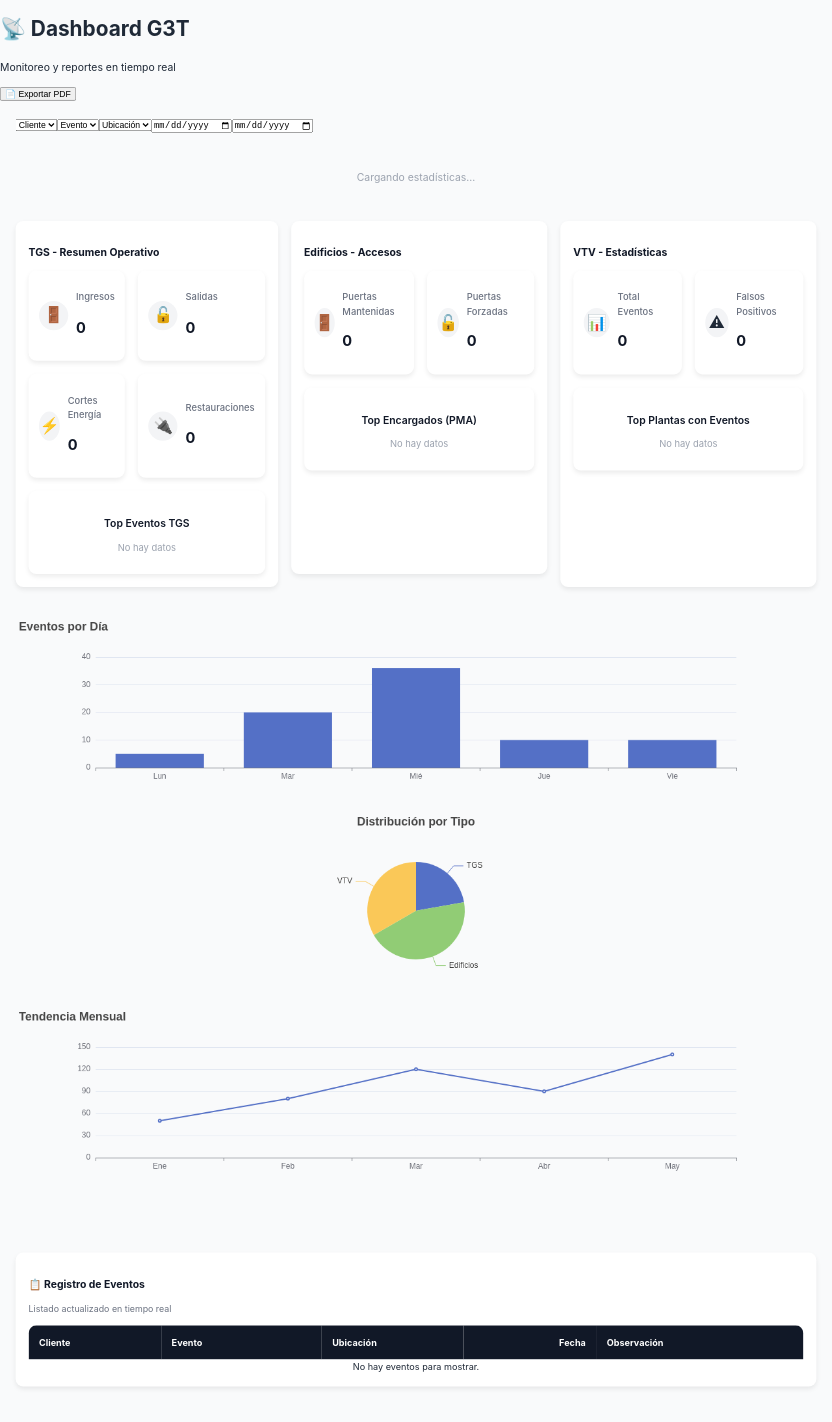
Repository: BBrian11/reportes
Page: /
An editor plug-in stored every save of this project. The page is shown before and after the next save, followed by the edit.
The browser window is 1280 px wide. The pictures show the whole page, at 65% of full size.
The page's requests for data from a server got no answer. The project was rebuilt for these pictures with package versions that can differ from the ones it lists, and the page was loaded fresh each time. No one was signed in, and anything a server would have sent is missing. Also part of the build but not shown: vite.config.js, src/components/Dashboard/ExportPDF.jsx, src/styles/form.css.

Above is the page before, as saved 2025-07-29 17:55:01.

### index.html
<!DOCTYPE html>
<html lang="es">
  <head>
    <meta charset="UTF-8" />
    <meta name="viewport" content="width=device-width, initial-scale=1.0" />
    <title>Dashboard G3T</title>
  </head>
  <body>
    <div id="root"></div>
    <script type="module" src="/src/main.jsx"></script>
  </body>
</html>

### src/main.jsx
import React from "react";
import ReactDOM from "react-dom/client";
import App from "./App.jsx";
import "./styles/dashboard.css";
import "./styles/form.css";

ReactDOM.createRoot(document.getElementById("root")).render(
  <React.StrictMode>
    <App />
  </React.StrictMode>
);

### src/App.jsx
import React from "react";
import Dashboard from "./components/Dashboard/Dashboard.jsx";

export default function App() {
  return <Dashboard />;
}

### src/components/Dashboard/Dashboard.jsx
// src/components/Dashboard/Dashboard.jsx
import React, { useEffect, useState } from "react";
import Header from "./Header.jsx";
import StatsCards from "./StatsCards.jsx";
import Filters from "./Filters.jsx";
import Charts from "./Charts.jsx";
import EventsTable from "./EventsTable.jsx";
import ExportPDF from "./ExportPDF.jsx";

import { collection, onSnapshot } from "firebase/firestore";
import { db } from "../../services/firebase";
import "../../styles/dashboard.css";
import TgsStats from "./TgsStats.jsx";
import EdificioStats from "./EdificioStats.jsx";
import VtvStats from "./VtvStats.jsx";



export default function Dashboard() {
  const [eventos, setEventos] = useState([]);
  const [filtros, setFiltros] = useState({
    cliente: "",
    evento: "",
    ubicacion: "",
    fechaInicio: "",
    fechaFin: "",
  });

  // 🔹 Cargar datos de TODAS las colecciones
  useEffect(() => {
    const collections = [
      { path: "novedades/tgs/eventos", cliente: "TGS", eventoKey: "evento-tgs", ubicacionKey: "locaciones-tgs" },
      { path: "novedades/edificios/eventos", cliente: "Edificios", eventoKey: "evento-edificio" }, // 🔥 Sin ubicacionKey fijo
      { path: "novedades/vtv/eventos", cliente: "VTV", eventoKey: "evento-vtv", ubicacionKey: "planta-vtv" },
      { path: "novedades/barrios/eventos", cliente: "Barrios", eventoKey: "evento-barrios", ubicacionKey: "barrio" },
      { path: "novedades/otros/eventos", cliente: "Otros", eventoKey: "evento-otros", ubicacionKey: "otro" }
    ];


    const unsubscribes = collections.map(({ path, cliente, eventoKey, ubicacionKey }) =>
      onSnapshot(collection(db, path), (snapshot) => {
        const nuevos = snapshot.docs.map((doc) => {
          const d = doc.data();

          let ubicacion = "Sin Ubicación";

          if (cliente === "Edificios") {
            // ✅ Armar la ubicación con Edificio + Unidad
            const edificio = d["edificio"] || "";
            const unidad = d["unidad"] ? ` - ${d["unidad"]}` : "";
            ubicacion = edificio ? edificio + unidad : "Sin Ubicación";
          } else {
            // ✅ Para los demás clientes usamos ubicacionKey
            ubicacion = d[ubicacionKey] || "Sin Ubicación";
          }

          return {
            id: doc.id,
            cliente,
            evento: d[eventoKey] || "Sin Evento",
            ubicacion,
            fecha: d.fechaHoraEnvio
              ? new Date(d.fechaHoraEnvio.seconds * 1000).toLocaleString("es-AR")
              : "Sin Fecha",
            observacion: d[`observaciones-${cliente.toLowerCase()}`] || "Sin Observación",
          };
        });


        setEventos((prev) => {
          const filtradosPrev = prev.filter((e) => e.cliente !== cliente);
          return [...filtradosPrev, ...nuevos];
        });
      })
    );

    return () => unsubscribes.forEach((unsub) => unsub());
  }, []);

  // 🔍 Aplicar filtros
  const eventosFiltrados = eventos.filter((e) => {
    const fecha = new Date(e.fecha);
    const fechaInicio = filtros.fechaInicio ? new Date(filtros.fechaInicio) : null;
    const fechaFin = filtros.fechaFin ? new Date(filtros.fechaFin) : null;

    return (
      (!filtros.cliente || e.cliente === filtros.cliente) &&
      (!filtros.evento || e.evento === filtros.evento) &&
      (!filtros.ubicacion || e.ubicacion === filtros.ubicacion) &&
      (!fechaInicio || fecha >= fechaInicio) &&
      (!fechaFin || fecha <= fechaFin)
    );
  });

  return (
    <div className="dashboard-container">
      <Header />
      <div className="dashboard-content">
        <Filters filtros={filtros} setFiltros={setFiltros} eventos={eventos} />

        {/* ✅ Si NO hay cliente seleccionado → Vista general */}
        {!filtros.cliente && (
          <>
            <StatsCards eventos={eventosFiltrados} />
            <div className="dashboard-grid">
              <TgsStats eventos={eventosFiltrados.filter(e => e.cliente === "TGS")} />
              <EdificioStats eventos={eventosFiltrados.filter(e => e.cliente === "Edificios")} />
              <VtvStats eventos={eventosFiltrados.filter(e => e.cliente === "VTV")} />
            </div>
            <Charts eventos={eventosFiltrados} />
            <EventsTable eventos={eventosFiltrados} />
          </>
        )}

        {/* ✅ Si hay cliente seleccionado → Vista exclusiva */}
        {filtros.cliente && (
          <>
            {filtros.cliente === "TGS" && (
              <TgsStats eventos={eventosFiltrados.filter(e => e.cliente === "TGS")} />
            )}
            {filtros.cliente === "Edificios" && (
              <EdificioStats eventos={eventosFiltrados.filter(e => e.cliente === "Edificios")} />
            )}
            {filtros.cliente === "VTV" && (
              <VtvStats eventos={eventosFiltrados.filter(e => e.cliente === "VTV")} />
            )}

            <Charts eventos={eventosFiltrados} />
            <EventsTable eventos={eventosFiltrados} />
          </>
        )}
      </div>
    </div>
  );



}

### src/components/Dashboard/Header.jsx
import React from 'react';

export default function Header() {
  return (
    <div className="bg-gradient-to-r from-blue-700 to-indigo-800 text-white p-4 rounded-lg shadow-md flex justify-between items-center mb-4">
      <div>
        <h1 className="text-xl font-bold">📡 Dashboard G3T</h1>
        <p className="text-sm">Monitoreo y reportes en tiempo real</p>
      </div>
      <button className="bg-white text-blue-900 px-4 py-2 rounded shadow hover:bg-gray-200 transition">
        📄 Exportar PDF
      </button>
    </div>
  );
}

### src/components/Dashboard/StatsCards.jsx
import React from "react";
import "../../styles/statscards.css";

export default function StatsCards({ eventos }) {
  if (!eventos || eventos.length === 0) {
    return <div className="loading-message">Cargando estadísticas...</div>;
  }

  const eventCount = {};
  const locationCount = {};

  eventos.forEach((e) => {
    eventCount[e.evento] = (eventCount[e.evento] || 0) + 1;
    locationCount[e.ubicacion] = (locationCount[e.ubicacion] || 0) + 1;
  });

  const eventoMasFrecuente = Object.entries(eventCount).sort((a, b) => b[1] - a[1])[0][0];
  const ubicacionMasFrecuente = Object.entries(locationCount).sort((a, b) => b[1] - a[1])[0][0];

  const eventosCriticosLista = ["alarma", "puerta forzada", "coacción", "pánico", "intrusión", "robo"];
  const eventoCritico =
    eventos.find((e) =>
      eventosCriticosLista.some((critico) =>
        e.evento.toLowerCase().includes(critico)
      )
    )?.evento || "Sin Evento Crítico";

  const stats = [
    { icon: "📊", title: "Evento más frecuente", value: eventoMasFrecuente },
    { icon: "📍", title: "Ubicación con más eventos", value: ubicacionMasFrecuente },
    { icon: "⚠", title: "Evento crítico detectado", value: eventoCritico },
  ];

  return (
    <div className="stats-grid">
      {stats.map((stat, index) => (
        <div key={index} className="stats-card">
          <div className="stats-icon">{stat.icon}</div>
          <div>
            <p className="stats-title">{stat.title}</p>
            <h2 className="stats-value">{stat.value}</h2>
          </div>
        </div>
      ))}
    </div>
  );
}

### src/components/Dashboard/Filters.jsx
import React from 'react';

export default function Filters() {
  return (
    <div className="bg-white p-4 rounded-lg shadow mb-4 flex flex-wrap gap-2">
      <select className="border p-2 rounded w-full md:w-auto">
        <option>Cliente</option>
      </select>
      <select className="border p-2 rounded w-full md:w-auto">
        <option>Evento</option>
      </select>
      <select className="border p-2 rounded w-full md:w-auto">
        <option>Ubicación</option>
      </select>
      <input type="date" className="border p-2 rounded w-full md:w-auto" />
      <input type="date" className="border p-2 rounded w-full md:w-auto" />
    </div>
  );
}

### src/components/Dashboard/Charts.jsx
import React from 'react';
import BarChart from './BarChart.jsx';
import PieChart from './PieChart.jsx';
import LineChart from './LineChart.jsx';

export default function Charts() {
  return (
    <div className="grid grid-cols-1 lg:grid-cols-3 gap-4 mb-4">
      <BarChart />
      <PieChart />
      <LineChart />
    </div>
  );
}

### src/components/Dashboard/EdificioStats.jsx
import React from "react";
import "../../styles/edificiostats.css";

export default function EdificioStats({ eventos }) {
  const totalPMA = eventos.filter(e => e.evento.includes("Puerta Mantenida Abierta")).length;
  const totalForzada = eventos.filter(e => e.evento.includes("Puerta Forzada")).length;

  const encargados = {};
  eventos.forEach(e => {
    if (e.evento.includes("Puerta Mantenida Abierta") && e.observacion?.includes("Encargado")) {
      encargados[e.observacion] = (encargados[e.observacion] || 0) + 1;
    }
  });

  const topEncargados = Object.entries(encargados).sort((a, b) => b[1] - a[1]).slice(0, 5);

  return (
    <div className="edificio-card">
      <h3 className="section-title">Edificios - Accesos</h3>

      {/* KPIs */}
      <div className="stats-grid">
        <div className="stats-card">
          <div className="stats-icon">🚪</div>
          <div>
            <p className="stats-title">Puertas Mantenidas</p>
            <h2 className="stats-value">{totalPMA}</h2>
          </div>
        </div>
        <div className="stats-card">
          <div className="stats-icon">🔓</div>
          <div>
            <p className="stats-title">Puertas Forzadas</p>
            <h2 className="stats-value">{totalForzada}</h2>
          </div>
        </div>
      </div>

      {/* Ranking como card */}
      <div className="ranking-card">
        <h4 className="ranking-title">Top Encargados (PMA)</h4>
        {topEncargados.length > 0 ? (
          <ul className="ranking-list">
            {topEncargados.map(([nombre, count], idx) => (
              <li key={idx} className="ranking-item">
                <span className="ranking-name">{nombre}</span>
                <span className="ranking-count">{count}</span>
              </li>
            ))}
          </ul>
        ) : (
          <p className="ranking-empty">No hay datos</p>
        )}
      </div>
    </div>
  );
}

### src/components/Dashboard/VtvStats.jsx
import React from "react";
import "../../styles/vtvstats.css";

export default function VtvStats({ eventos }) {
  // Filtrar solo eventos VTV
  const eventosVtv = eventos.filter(e => e.cliente === "VTV");

  const totalEventos = eventosVtv.length;
  const falsosPositivos = eventosVtv.filter(e => e.evento.includes("Falso positivo")).length;

  // Contar eventos por planta
  const plantas = {};
  eventosVtv.forEach(e => {
    plantas[e.ubicacion] = (plantas[e.ubicacion] || 0) + 1;
  });
  const topPlantas = Object.entries(plantas).sort((a, b) => b[1] - a[1]).slice(0, 5);

  const stats = [
    { icon: "📊", label: "Total Eventos", value: totalEventos },
    { icon: "⚠", label: "Falsos Positivos", value: falsosPositivos },
  ];

  return (
    <div className="vtv-card">
      <h3 className="section-title">VTV - Estadísticas</h3>
      <div className="stats-grid">
        {stats.map((item, idx) => (
          <div key={idx} className="stats-card">
            <div className="stats-icon">{item.icon}</div>
            <div>
              <p className="stats-title">{item.label}</p>
              <h2 className="stats-value">{item.value}</h2>
            </div>
          </div>
        ))}
      </div>

      {/* Ranking */}
      <div className="ranking-card">
        <h4 className="ranking-title">Top Plantas con Eventos</h4>
        {topPlantas.length > 0 ? (
          <ul className="ranking-list">
            {topPlantas.map(([planta, count], idx) => (
              <li key={idx} className="ranking-item">
                <span className="ranking-name">{planta}</span>
                <span className="ranking-count">{count}</span>
              </li>
            ))}
          </ul>
        ) : (
          <p className="ranking-empty">No hay datos</p>
        )}
      </div>
    </div>
  );
}

### src/styles/statscards.css
.stats-grid {
    display: grid;
    grid-template-columns: 1fr;
    gap: 20px;
    margin-bottom: 20px;
  }

  @media (min-width: 768px) {
    .stats-grid {
      grid-template-columns: repeat(3, 1fr);
    }
  }

  .stats-card {
    background: #fff;
    padding: 20px;
    border-radius: 12px;
    box-shadow: 0 4px 8px rgba(0,0,0,0.08);
    display: flex;
    align-items: center;
    gap: 15px;
    transition: transform 0.2s ease, box-shadow 0.2s ease;
  }

  .stats-card:hover {
    transform: translateY(-4px);
    box-shadow: 0 8px 16px rgba(0,0,0,0.12);
  }

  .stats-icon {
    font-size: 2rem;
    background: #f3f4f6;
    border-radius: 50%;
    width: 50px;
    height: 50px;
    display: flex;
    align-items: center;
    justify-content: center;
  }

  .stats-title {
    font-size: 0.9rem;
    color: #6b7280;
    font-weight: 500;
  }

  .stats-value {
    font-size: 1.4rem;
    font-weight: bold;
    color: #111827;
  }

  .loading-message {
    text-align: center;
    font-size: 1rem;
    color: #9ca3af;
  }

### src/components/Dashboard/BarChart.jsx
import React, { useEffect } from 'react';
import * as echarts from 'echarts';

export default function BarChart() {
  useEffect(() => {
    const chart = echarts.init(document.getElementById('barChart'));
    chart.setOption({
      title: { text: 'Eventos por Día' },
      tooltip: {},
      xAxis: { data: ['Lun', 'Mar', 'Mié', 'Jue', 'Vie'] },
      yAxis: {},
      series: [{ type: 'bar', data: [5, 20, 36, 10, 10] }]
    });
  }, []);

  return <div id="barChart" style={{ height: '300px' }} className="bg-white rounded-lg shadow p-2"></div>;
}

### src/components/Dashboard/PieChart.jsx
import React, { useEffect } from 'react';
import * as echarts from 'echarts';

export default function PieChart() {
  useEffect(() => {
    const chart = echarts.init(document.getElementById('pieChart'));
    chart.setOption({
      title: { text: 'Distribución por Tipo', left: 'center' },
      series: [
        {
          type: 'pie',
          radius: '50%',
          data: [
            { value: 10, name: 'TGS' },
            { value: 20, name: 'Edificios' },
            { value: 15, name: 'VTV' }
          ]
        }
      ]
    });
  }, []);

  return <div id="pieChart" style={{ height: '300px' }} className="bg-white rounded-lg shadow p-2"></div>;
}

### src/components/Dashboard/LineChart.jsx
import React, { useEffect } from 'react';
import * as echarts from 'echarts';

export default function LineChart() {
  useEffect(() => {
    const chart = echarts.init(document.getElementById('lineChart'));
    chart.setOption({
      title: { text: 'Tendencia Mensual' },
      xAxis: { type: 'category', data: ['Ene', 'Feb', 'Mar', 'Abr', 'May'] },
      yAxis: { type: 'value' },
      series: [{ data: [50, 80, 120, 90, 140], type: 'line' }]
    });
  }, []);

  return <div id="lineChart" style={{ height: '300px' }} className="bg-white rounded-lg shadow p-2"></div>;
}

### src/styles/eventstable.css
.event-table-card {
    background: #fff;
    border-radius: 12px;
    box-shadow: 0 4px 8px rgba(0,0,0,0.08);
    padding: 20px;
    margin-top: 20px;
    overflow: hidden;
  }

  .table-header {
    display: flex;
    flex-direction: column;
    margin-bottom: 16px;
  }

  .table-title {
    font-size: 1rem;
    font-weight: 700;
    color: #111827;
    display: flex;
    align-items: center;
    gap: 8px;
  }

  .table-subtitle {
    font-size: 0.85rem;
    color: #6b7280;
  }

  .rdt_TableHeader {
    border-bottom: 1px solid #e5e7eb;
  }

  .rdt_Table {
    font-size: 14px;
  }

  .rdt_TableRow {
    transition: background 0.2s ease;
  }

  .rdt_TableRow:hover {
    background: #f9fafb;
  }

  .rdt_Pagination {
    border-top: 1px solid #e5e7eb;
    padding: 10px;
    font-size: 0.85rem;
  }

### src/styles/tgsstats.css
.tgs-card {
    background: #fff;
    border-radius: 12px;
    padding: 20px;
    box-shadow: 0 4px 8px rgba(0,0,0,0.08);
  }

  .section-title {
    font-size: 1rem;
    font-weight: bold;
    margin-bottom: 16px;
    color: #111827;
  }

  .stats-grid {
    display: grid;
    grid-template-columns: 1fr 1fr;
    gap: 20px;
    margin-bottom: 20px;
  }

  .stats-card {
    background: #fff;
    padding: 16px;
    border-radius: 12px;
    box-shadow: 0 4px 8px rgba(0,0,0,0.08);
    display: flex;
    align-items: center;
    gap: 12px;
    transition: transform 0.2s ease, box-shadow 0.2s ease;
  }

  .stats-card:hover {
    transform: translateY(-4px);
    box-shadow: 0 8px 16px rgba(0,0,0,0.12);
  }

  .stats-icon {
    font-size: 1.5rem;
    background: #f3f4f6;
    border-radius: 50%;
    width: 45px;
    height: 45px;
    display: flex;
    align-items: center;
    justify-content: center;
  }

  .stats-title {
    font-size: 0.9rem;
    color: #6b7280;
    font-weight: 500;
  }

  .stats-value {
    font-size: 1.4rem;
    font-weight: bold;
    color: #111827;
  }

  /* Ranking */
  .ranking-card {
    margin-top: 20px;
    background: #fff;
    padding: 16px;
    border-radius: 12px;
    box-shadow: 0 4px 8px rgba(0,0,0,0.08);
  }

  .ranking-title {
    font-size: 1rem;
    font-weight: 600;
    margin-bottom: 12px;
    text-align: center;
    color: #111827;
  }

  .ranking-list {
    list-style: none;
    padding: 0;
    margin: 0;
  }

  .ranking-item {
    display: flex;
    justify-content: space-between;
    padding: 10px 12px;
    background: #f9fafb;
    border-radius: 8px;
    margin-bottom: 8px;
    font-size: 0.9rem;
    transition: background 0.2s ease;
  }

  .ranking-item:hover {
    background: #f3f4f6;
  }

  .ranking-count {
    font-weight: bold;
    color: #2563eb;
  }

  .ranking-empty {
    text-align: center;
    color: #9ca3af;
  }

### src/styles/edificiostats.css
/* Contenedor principal */
.edificio-card {
    background: #fff;
    border-radius: 12px;
    padding: 20px;
    margin-bottom: 20px;
    box-shadow: 0 4px 8px rgba(0, 0, 0, 0.08);
    max-width: 500px; /* ✅ Para que no se estire */
  }

  /* Ranking Card (modo card real) */
  .ranking-card {
    margin-top: 20px;
    background: #fff;
    border-radius: 12px;
    padding: 16px;
    box-shadow: 0 2px 6px rgba(0, 0, 0, 0.08);
    max-width: 400px; /* ✅ Limita ancho */
    margin-left: auto;
    margin-right: auto; /* ✅ Centrado */
  }

  /* Título */
  .ranking-title {
    font-size: 1rem;
    font-weight: 600;
    color: #111827;
    margin-bottom: 12px;
    text-align: center;
  }

  /* Lista */
  .ranking-list {
    list-style: none;
    padding: 0;
    margin: 0;
  }

  /* Ítems tipo card */
  .ranking-item {
    display: flex;
    justify-content: space-between;
    align-items: center;
    padding: 10px 12px;
    background: #f9fafb;
    border-radius: 8px;
    margin-bottom: 8px;
    font-size: 0.95rem;
    font-weight: 500;
    color: #374151;
    transition: background 0.2s ease;
  }

  .ranking-item:hover {
    background: #f3f4f6;
  }

  /* Nombre */
  .ranking-name {
    max-width: 70%;
    white-space: nowrap;
    overflow: hidden;
    text-overflow: ellipsis;
  }

  /* Contador */
  .ranking-count {
    font-weight: bold;
    color: #2563eb;
  }

  /* Mensaje vacío */
  .ranking-empty {
    text-align: center;
    color: #9ca3af;
    font-size: 0.9rem;
  }

### src/styles/vtvstats.css
.vtv-card {
    background: #fff;
    border-radius: 12px;
    padding: 20px;
    box-shadow: 0 4px 8px rgba(0,0,0,0.08);
  }

  .section-title {
    font-size: 1rem;
    font-weight: bold;
    margin-bottom: 16px;
    color: #111827;
  }

  .stats-grid {
    display: grid;
    grid-template-columns: 1fr 1fr;
    gap: 20px;
    margin-bottom: 20px;
  }

  .stats-card {
    background: #fff;
    padding: 16px;
    border-radius: 12px;
    box-shadow: 0 4px 8px rgba(0,0,0,0.08);
    display: flex;
    align-items: center;
    gap: 12px;
    transition: transform 0.2s ease, box-shadow 0.2s ease;
  }

  .stats-card:hover {
    transform: translateY(-4px);
    box-shadow: 0 8px 16px rgba(0,0,0,0.12);
  }

  .stats-icon {
    font-size: 1.5rem;
    background: #f3f4f6;
    border-radius: 50%;
    width: 45px;
    height: 45px;
    display: flex;
    align-items: center;
    justify-content: center;
  }

  .stats-title {
    font-size: 0.9rem;
    color: #6b7280;
    font-weight: 500;
  }

  .stats-value {
    font-size: 1.4rem;
    font-weight: bold;
    color: #111827;
  }

  /* Ranking */
  .ranking-card {
    margin-top: 20px;
    background: #fff;
    padding: 16px;
    border-radius: 12px;
    box-shadow: 0 4px 8px rgba(0,0,0,0.08);
  }

  .ranking-title {
    font-size: 1rem;
    font-weight: 600;
    margin-bottom: 12px;
    text-align: center;
    color: #111827;
  }

  .ranking-list {
    list-style: none;
    padding: 0;
    margin: 0;
  }

  .ranking-item {
    display: flex;
    justify-content: space-between;
    padding: 10px 12px;
    background: #f9fafb;
    border-radius: 8px;
    margin-bottom: 8px;
    font-size: 0.9rem;
    transition: background 0.2s ease;
  }

  .ranking-item:hover {
    background: #f3f4f6;
  }

  .ranking-count {
    font-weight: bold;
    color: #2563eb;
  }

  .ranking-empty {
    text-align: center;
    color: #9ca3af;
  }

Loaded but not shown: src/services/firebase.js (16 lines, source omitted); src/styles/dashboard.css (464 lines, source omitted); src/components/Dashboard/EventsTable.jsx (91 lines, source omitted); src/components/Dashboard/TgsStats.jsx (58 lines, source omitted)

After the next save:
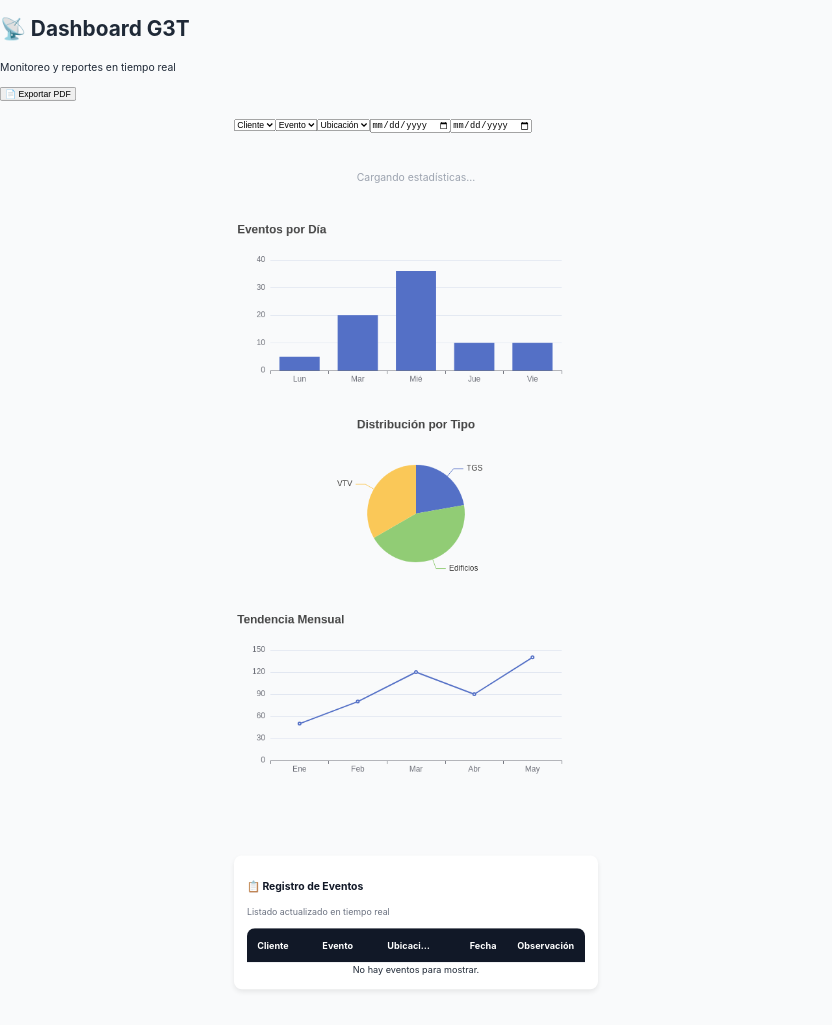
Saved 4 min 45 s later.
--- a/src/components/Dashboard/Dashboard.jsx
+++ b/src/components/Dashboard/Dashboard.jsx
@@ -102,11 +102,7 @@ export default function Dashboard() {
         {!filtros.cliente && (
           <>
             <StatsCards eventos={eventosFiltrados} />
-            <div className="dashboard-grid">
-              <TgsStats eventos={eventosFiltrados.filter(e => e.cliente === "TGS")} />
-              <EdificioStats eventos={eventosFiltrados.filter(e => e.cliente === "Edificios")} />
-              <VtvStats eventos={eventosFiltrados.filter(e => e.cliente === "VTV")} />
-            </div>
+
             <Charts eventos={eventosFiltrados} />
             <EventsTable eventos={eventosFiltrados} />
           </>
